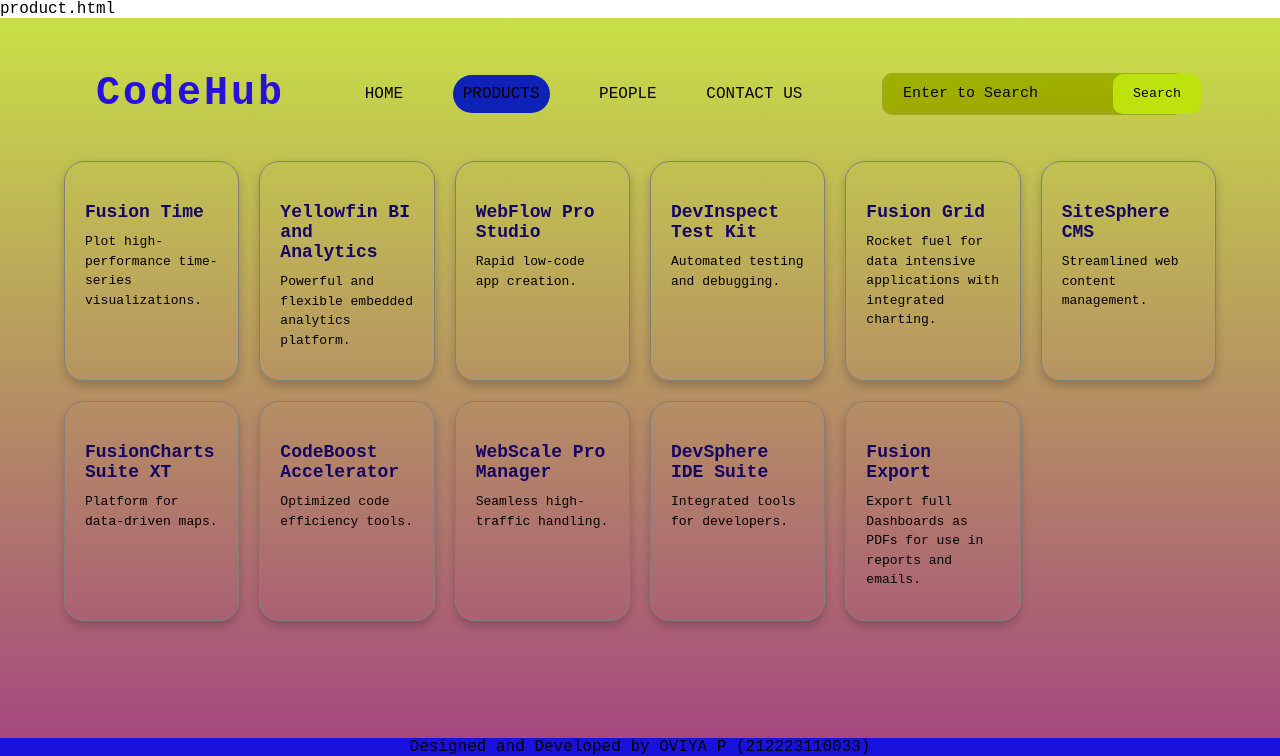
Repository: Oviya24032K6/softweb
Page: oviya/softapp/static/product.html
An editor plug-in stored every save of this project. The page is shown before and after the next save, followed by the edit.
The browser window is 1280 px wide. The pictures show the whole page.

Above is the page before, as saved 2024-04-24 06:19:39.

### oviya/softapp/static/product.html
product.html

<html>
    <head>
        <meta name="viewport" content="width=device-width, initial-scale=1.0">
        <title> Product Page </title>
        <style type="text/css">
            * {
                margin: 0;
                padding: 0;
                font-family: 'Courier New', Courier, monospace;
            }
            .banner {
                width: 100%;
                height: 100vh;
                background-image: linear-gradient(rgba(182, 213, 8, 0.75),rgba(135, 11, 83, 0.75));
                background-size: cover;
                background-position: center;
            }
            .navbar {
                width: 85%;
                margin: auto;
                padding: 35px 0;
                display: flex;
                align-items: center;
                justify-content: space-between;
            }
            .bg-product {
                border: 1px;
                padding: 10px;
                color: rgb(12, 11, 11);
                background-color:#0e22b8;
                border-radius: 30px;
            }
            .logo {
                color:#2810db;
                font-size: 40px;
                font-weight: 700;
                letter-spacing: 3px;
            }
            span {
                color: rgb(5, 4, 4);
            }
            form {
                width: 300px;
                height: 40px;
                display: flex;
                background: hsla(0, 100%, 1%, 0.2);
                padding: 1px 1px;
                font-size: 15px;
                border-radius: 10px;
                backdrop-filter: blur(4px) saturate(180%);
            }
            form input {
                background: transparent;
                flex: 1;
                border: 0;
                outline: none;
                padding: 12px 20px;
                font-size: 15px;
                color: rgb(18, 1, 1);
            }
            ::placeholder {
                color: rgb(12, 0, 0);
            }
            form button {
                border: 0;
                outline: none;
                padding: 5px 20px;
                color: rgb(11, 0, 0);
                border-radius: 10px;
                background:#bee20d;
                cursor: pointer;
            }
            .navbar li {
                list-style: none;
                display: inline-block;
                margin: 0 20px;
                position: relative;
            }
            .navbar li a {
                text-decoration: none;
                color: rgb(8, 0, 0);
                text-transform: uppercase;
            }
            .navbar li:hover {
                border: 1px;
                padding: 10px;
                color: rgb(4, 0, 0);
                background-color:#a6c61b;
                transition: 0.5s;
                cursor: pointer;
                border-radius: 30px;
            }
            .container {
                background: transparent;
                padding: 10px 5%;
                padding-bottom: 100px;
            }
            .container .box-container {
                display: grid;
                grid-template-columns: repeat(auto-fit, minmax(170px, 1fr));
                gap: 20px;
            }
            .container .box-container .box {
                color: rgb(8, 0, 0);
                box-shadow: 0 5px 10px rgba(0,0,0,.2);
                border-radius: 20px;
                background: transparent;
                border: 1px solid gray;
                padding: 30px 20px;
            }
            .container .box-container .box img {
                height: 70px;
                border-radius: 20px;
            }
            .container .box-container .box h3 {
                color:#160663;
                font-size: large;
                padding: 10px 0;
            }
            .container .box-container .box p {
                color: rgb(3, 0, 0);
                font-size: small;
                line-height: 1.5;
            }
            footer {
                background-color:#1912dc;
                margin-top: auto;
            }
        </style>
    </head>
<body>
    <div class="banner">
        <br>
        <div class="navbar">
            <h1 class="logo">CodeHub</h1>
            <ul>
                <li><a href="http://127.0.0.1:8000/static/homepage.html"> Home </a></li>
                <li><a href="http://127.0.0.1:8000/static/products.html" class="bg-product"> Products </a></li>
                <li><a href="http://127.0.0.1:8000/static/person.html"> People </a></li>
                <li><a href="http://127.0.0.1:8000/static/contactus.html"> Contact us</a></li>
            </ul>
            <form action="" method="get">
                <input type="text" placeholder="Enter to Search">
                <button type="submit"> Search </button>
            </form>
        </div>
        <div class="container">
            <div class="box-container">


                <div class="box">
                    <h3> Fusion Time </h3>
                    <p> Plot high-performance time-series visualizations. </p>
                </div>
                <div class="box">
                    <h3> Yellowfin BI and Analytics </h3>
                    <p> Powerful and flexible embedded analytics platform. </p>
                </div>
                <div class="box">
                    <h3> WebFlow Pro Studio </h3>
                    <p> Rapid low-code app creation. </p>
                </div>
                <div class="box">
                    <h3> DevInspect Test Kit </h3>
                    <p> Automated testing and debugging. </p>
                </div>
                <div class="box">
                    <h3> Fusion Grid </h3>
                    <p> Rocket fuel for data intensive applications with integrated charting. </p>
                </div>
                <div class="box">
                    <h3> SiteSphere CMS </h3>
                    <p> Streamlined web content management. </p>
                </div>
                <div class="box">
                    <h3> FusionCharts Suite XT </h3>
                    <p> Platform for data-driven maps. </p>
                </div>
                <div class="box">
                    <h3> CodeBoost Accelerator </h3>
                    <p> Optimized code efficiency tools. </p>
                </div>
                <div class="box">
                    <h3> WebScale Pro Manager </h3>
                    <p> Seamless high-traffic handling. </p>
                </div>
                <div class="box">
                    <h3> DevSphere IDE Suite </h3>
                    <p> Integrated tools for developers. </p>
                </div>
                <div class="box">
                    <h3> Fusion Export </h3>
                    <p> Export full Dashboards as PDFs for use in reports and emails. </p>
                </div>

            </div>

            </div>
        </div>
    </div>
    <footer>
        <center> Designed and Developed by OVIYA P (212223110033) </center>
    </footer>
</body>
</html>

After the next save:
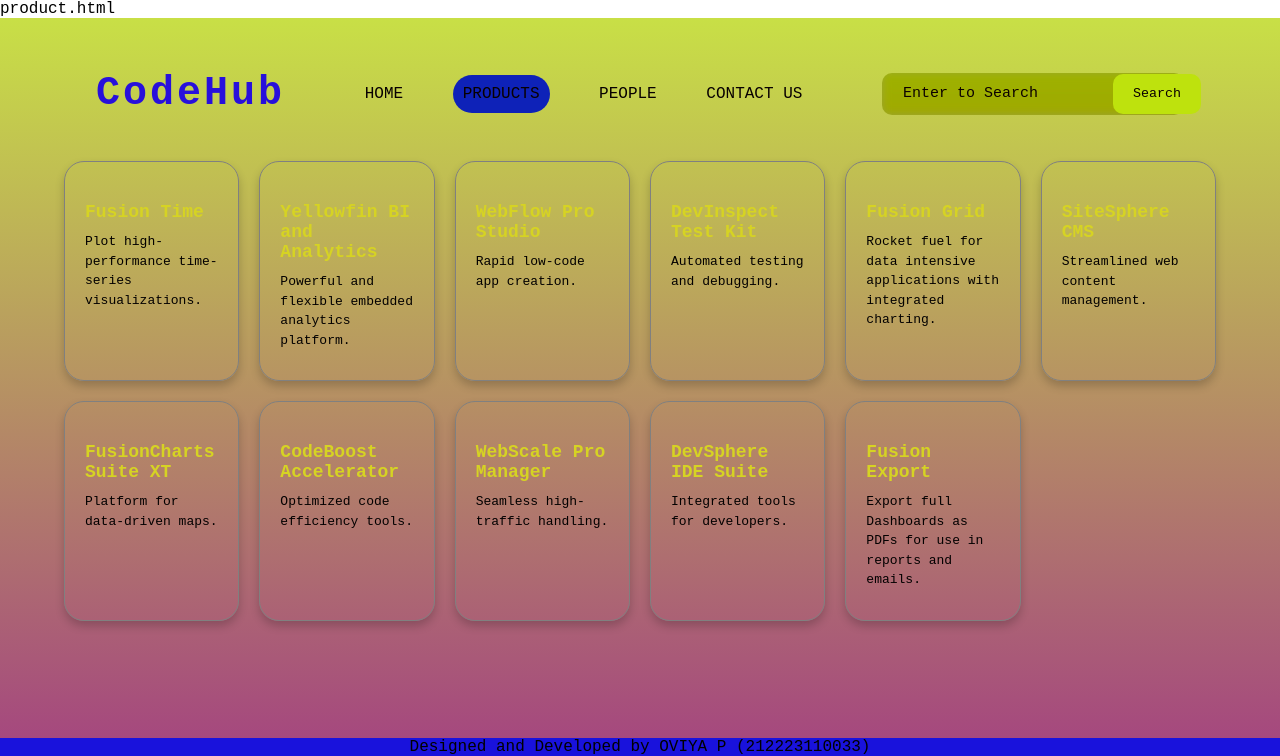
Saved 8 s later.
--- a/oviya/softapp/static/product.html
+++ b/oviya/softapp/static/product.html
@@ -115,7 +115,7 @@
                 border-radius: 20px;
             }
             .container .box-container .box h3 {
-                color:#160663;
+                color:#d6d323;
                 font-size: large;
                 padding: 10px 0;
             }
